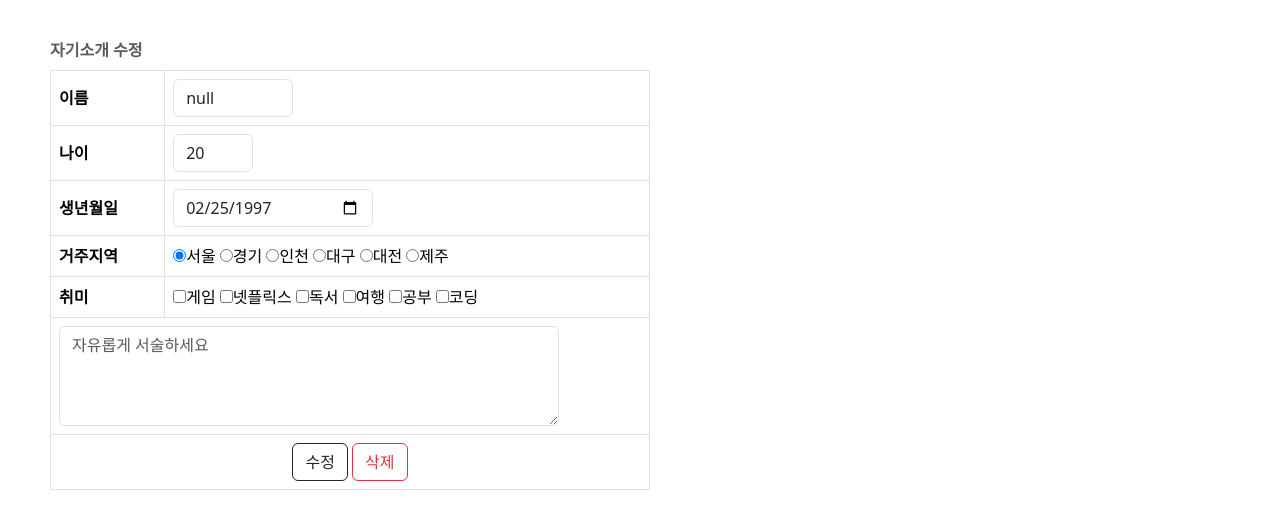
Repository: jini8293/Sist_04
Page: http://localhost/jspProject/intro/updateForm.jsp
The author's editor kept a copy of each file at every save. The page is drawn from the files as they stood at one save, then again after the next save.
The browser window is 1280 px wide. The pictures show the whole page.
Some web fonts or font styles are not loaded; a fallback is used. The page is served by Tomcat 9. Other server files are loaded and not shown. Queries for data that is not in the repository find no rows.

Above is the page before, as saved 2024-03-07 01:25:28.

### jspwork/jspProject/src/main/webapp/intro/updateForm.jsp
<%@page import="intro.model.IntroDto"%>
<%@page import="intro.model.IntroDao"%>
<%@ page language="java" contentType="text/html; charset=UTF-8"
	pageEncoding="UTF-8"%>
<!DOCTYPE html>
<html>
<head>
<meta charset="UTF-8">
<link
	href="https://fonts.googleapis.com/css2?family=Black+Han+Sans&family=Gowun+Dodum&family=IBM+Plex+Sans+KR&display=swap"
	rel="stylesheet">
<link
	href="https://cdn.jsdelivr.net/npm/bootstrap@5.3.2/dist/css/bootstrap.min.css"
	rel="stylesheet">
<script src="https://code.jquery.com/jquery-3.7.0.js"></script>
<title>Insert title here</title>
</head>
<%
String num = request.getParameter("num");
IntroDao dao = new IntroDao();
IntroDto dto = dao.getData(num);
%>
<body>
	<div style="margin: 30px 50px;">
		<form action="addAction.jsp" method="post">
			<table class="table table-bordered" style="width: 600px;">
				<caption align="top">
					<b>자기소개 수정</b>
				</caption>
				<tr>
					<th align="center" valign="middle">이름</th>
					<td><input type="text" name="name" class="form-control"
						required="required" style="width: 120px;" value="<%=dto.getName()%>"></td>
				</tr>

				<tr>
					<th align="center" valign="middle">나이</th>
					<td><input type="number" name="age" class="form-control"
						value="20" style="width: 80px;" value="<%=dto.getAge()%>"></td>
				</tr>

				<tr>
					<th align="center" valign="middle">생년월일</th>
					<td><input type="date" name="birthday" class="form-control"
						value="1997-02-25" style="width: 200px;" value="<%=dto.getBirthday()%>"></td>
				</tr>

				<tr>
					<th>거주지역</th>
					<td value="<%=dto.getHometown()%>">
						<label><input type="radio" name="hometown" value="서울" checked="checked">서울</label>
						<label><input type="radio" name="hometown" value="경기">경기</label>
						<label><input type="radio" name="hometown" value="인천">인천</label>
						<label><input type="radio" name="hometown" value="대구">대구</label>
						<label><input type="radio" name="hometown" value="대전">대전</label>
						<label><input type="radio" name="hometown" value="제주">제주</label>
					</td>
				</tr>

				<tr>
					<th>취미</th>
					<td value="<%=dto.getHobby()%>">
						<label><input type="checkbox" name="hobby" value="게임">게임</label>
						<label><input type="checkbox" name="hobby" value="넷플릭스">넷플릭스</label>
						<label><input type="checkbox" name="hobby" value="독서">독서</label>
						<label><input type="checkbox" name="hobby" value="여행">여행</label>
						<label><input type="checkbox" name="hobby" value="공부">공부</label>
						<label><input type="checkbox" name="hobby" value="코딩">코딩</label>
					</td>
				</tr>

				<tr>
					<td colspan="2">
					<textarea style="width: 500px; height: 100px" placeholder="자유롭게 서술하세요"
					class="form-control" name="memo" value="<%=dto.getMemo()%>"></textarea>
					</td>
				</tr>

				<tr>
					<td colspan="2" align="center">
					<button type="submit" class="btn btn-outline-dark">수정</button>
					<button type="button" class="btn btn-outline-danger" onclick="location.href='deleteAction.jsp?num=<%=dto.getNum()%>'">삭제</button>
					</td>
				</tr>
			</table>

		</form>
	</div>

</body>
</html>

### jspwork/jspProject/src/main/java/intro/model/IntroDao.java
package intro.model;

import java.sql.Connection;

import java.sql.PreparedStatement;
import java.sql.ResultSet;
import java.sql.SQLException;
import java.util.List;
import java.util.Vector;

import mysql.db.DbConnect;

public class IntroDao {
	DbConnect db = new DbConnect();

	public void insertIntro(IntroDto dto) {

		Connection conn = db.getConnection();
		PreparedStatement pstmt = null;

		String sql = "insert into intro (name,age,birthday,hometown,hobby,memo) values(?,?,?,?,?,?)";

		try {
			pstmt = conn.prepareStatement(sql);

			pstmt.setString(1, dto.getName());
			pstmt.setString(2, dto.getAge());
			pstmt.setString(3, dto.getBirthday());
			pstmt.setString(4, dto.getHometown());
			pstmt.setString(5, dto.getHobby());
			pstmt.setString(6, dto.getMemo());

			// 실행
			pstmt.execute();

		} catch (SQLException e) {
			// TODO Auto-generated catch block
			e.printStackTrace();
		} finally {
			db.dbClose(pstmt, conn);
		}

	}

	public IntroDto getData(String num){
		IntroDto dto = new IntroDto();

		Connection conn = db.getConnection();
		PreparedStatement pstmt = null;
		ResultSet rs = null;

		String sql = "select * from intro where num=?";

		try {
			pstmt = conn.prepareStatement(sql);
			pstmt.setString(1, num);
			rs = pstmt.executeQuery();

			if(rs.next()) {

				dto.setNum(rs.getString("num"));
				dto.setName(rs.getString("name"));
				dto.setAge(rs.getString("age"));
				dto.setBirthday(rs.getString("birthday"));
				dto.setHometown(rs.getString("hometown"));
				dto.setMemo(rs.getString("memo"));

			}
		} catch (SQLException e) {
			// TODO Auto-generated catch block
			e.printStackTrace();
		}finally {
			db.dbClose(rs, pstmt, conn);
		}
		return dto;
	}

	public Vector<IntroDto> listIntro() {
		Vector<IntroDto> intro = new Vector<IntroDto>();

		Connection conn = db.getConnection();
		PreparedStatement pstmt = null;
		ResultSet rs = null;

		String sql = "select * from intro order by num";

		try {
			pstmt = conn.prepareStatement(sql);
			rs = pstmt.executeQuery();

			while (rs.next()) {
				IntroDto dto = new IntroDto();

				dto.setNum(rs.getString("num"));
				dto.setName(rs.getString("name"));
				dto.setAge(rs.getString("age"));
				dto.setBirthday(rs.getString("birthday"));
				dto.setHometown(rs.getString("hometown"));
				dto.setHobby(rs.getString("hobby"));
				dto.setMemo(rs.getString("memo"));

				intro.add(dto);

			}
		} catch (SQLException e) {
			// TODO Auto-generated catch block
			e.printStackTrace();
		} finally {
			db.dbClose(rs, pstmt, conn);
		}

		return intro;

	}

}

### jspwork/jspProject/src/main/java/mysql/db/DbConnect.java
package mysql.db;

import java.sql.Connection;
import java.sql.DriverManager;
import java.sql.PreparedStatement;
import java.sql.ResultSet;
import java.sql.SQLException;
import java.sql.Statement;

public class DbConnect {

	static final String MYSQLDRIVER="com.mysql.cj.jdbc.Driver";
	static final String MYSQL_URL="jdbc:mysql://localhost:3306/kje";

	public DbConnect() {
		try {
			Class.forName(MYSQLDRIVER);
			System.out.println("mysql 드라이버성공");
		} catch (ClassNotFoundException e) {
			// TODO Auto-generated catch block
			//e.printStackTrace();
			System.out.println("mysql 드라이버 실패"+e.getMessage());
		}
	}


	public Connection getConnection()
	{
		Connection conn=null;

		try {
			conn=DriverManager.getConnection(MYSQL_URL, "angel", "a1234");
			System.out.println("MYSQL계정연결성공");
		} catch (SQLException e) {
			// TODO Auto-generated catch block
			e.printStackTrace();
			System.out.println("MYSQL연결실패: "+e.getMessage());
		}


		return conn;
	}

	//close 총 4개 오버로딩
	public void dbClose(ResultSet rs,Statement stmt,Connection conn)
	{

			try {
				if(rs!=null) rs.close();
				if(stmt!=null) stmt.close();
				if(conn!=null) conn.close();
			} catch (SQLException e) {
				// TODO Auto-generated catch block
				e.printStackTrace();
			}
	}

	public void dbClose(Statement stmt,Connection conn)
	{

			try {

				if(stmt!=null) stmt.close();
				if(conn!=null) conn.close();
			} catch (SQLException e) {
				// TODO Auto-generated catch block
				e.printStackTrace();
			}
	}

	public void dbClose(ResultSet rs,PreparedStatement pstmt,Connection conn)
	{

			try {
				if(rs!=null) rs.close();
				if(pstmt!=null) pstmt.close();
				if(conn!=null) conn.close();
			} catch (SQLException e) {
				// TODO Auto-generated catch block
				e.printStackTrace();
			}
	}

	public void dbClose(PreparedStatement pstmt,Connection conn)
	{

			try {

				if(pstmt!=null) pstmt.close();
				if(conn!=null) conn.close();
			} catch (SQLException e) {
				// TODO Auto-generated catch block
				e.printStackTrace();
			}
	}




//	public static void main(String[] args) {
//		DbConnect db = new DbConnect();
//	}
//

}

### jspwork/jspProject/src/main/java/intro/model/IntroDto.java
package intro.model;

public class IntroDto {

	private String num;
	private String name;
	private String age;
	private String birthday;
	private String hometown;
	private String hobby;
	private String memo;

	public String getNum() {
		return num;
	}

	public void setNum(String num) {
		this.num = num;
	}

	public String getName() {
		return name;
	}

	public void setName(String name) {
		this.name = name;
	}

	public String getAge() {
		return age;
	}

	public void setAge(String age) {
		this.age = age;
	}

	public String getBirthday() {
		return birthday;
	}

	public void setBirthday(String birthday) {
		this.birthday = birthday;
	}

	public String getHometown() {
		return hometown;
	}

	public void setHometown(String hometown) {
		this.hometown = hometown;
	}

	public String getHobby() {
		return hobby;
	}

	public void setHobby(String hobby) {
		this.hobby = hobby;
	}

	public String getMemo() {
		return memo;
	}

	public void setMemo(String memo) {
		this.memo = memo;
	}

}

After the next save:
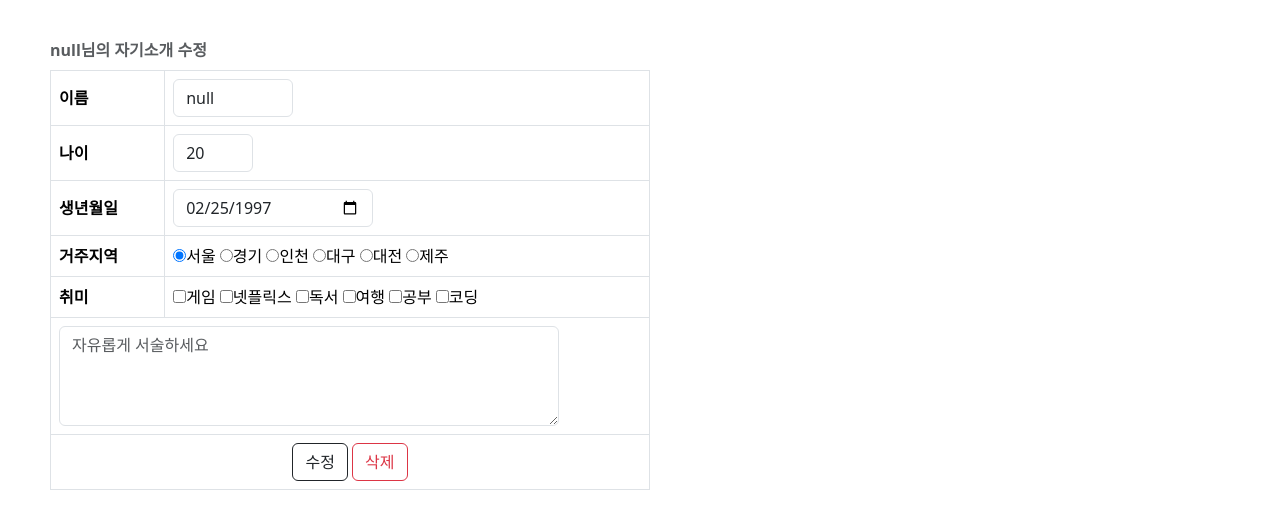
Saved 2 min 9 s later.
--- a/jspwork/jspProject/src/main/webapp/intro/updateForm.jsp
+++ b/jspwork/jspProject/src/main/webapp/intro/updateForm.jsp
@@ -25,7 +25,7 @@
 		<form action="addAction.jsp" method="post">
 			<table class="table table-bordered" style="width: 600px;">
 				<caption align="top">
-					<b>자기소개 수정</b>
+					<b><%=dto.getName()%>님의 자기소개 수정</b>
 				</caption>
 				<tr>
 					<th align="center" valign="middle">이름</th>
